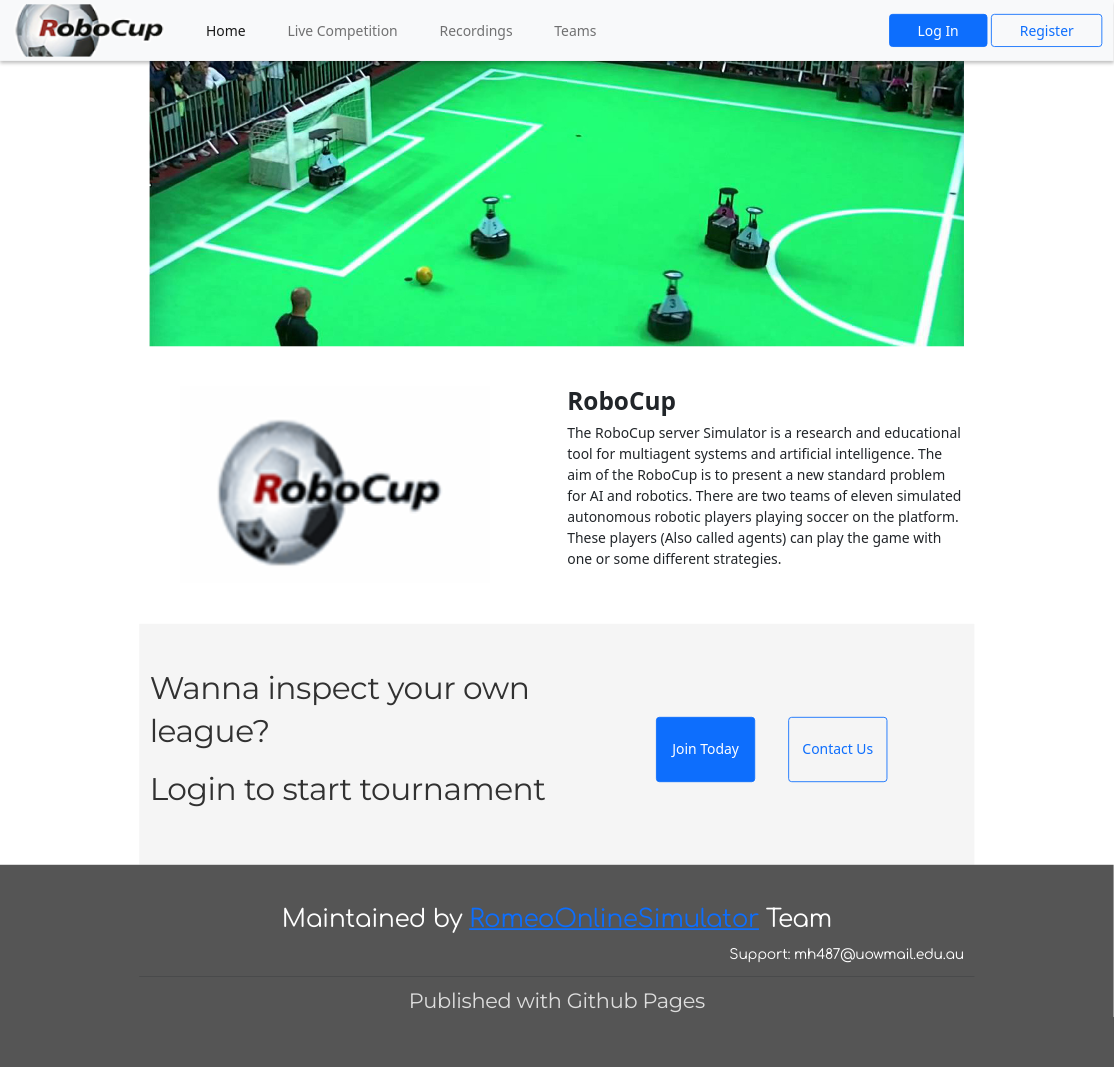
Repository: romeoonlinesim/romeoonlinesim.github.io
Page: index.html
These files come from the project's save history. The page is drawn as it stood at one moment and after the next save; the edit follows.
The browser window is 1280 px wide. The pictures show the whole page, at 87% of full size.

Above is the page before, as saved 2021-05-18 15:31:09.

After the next save:
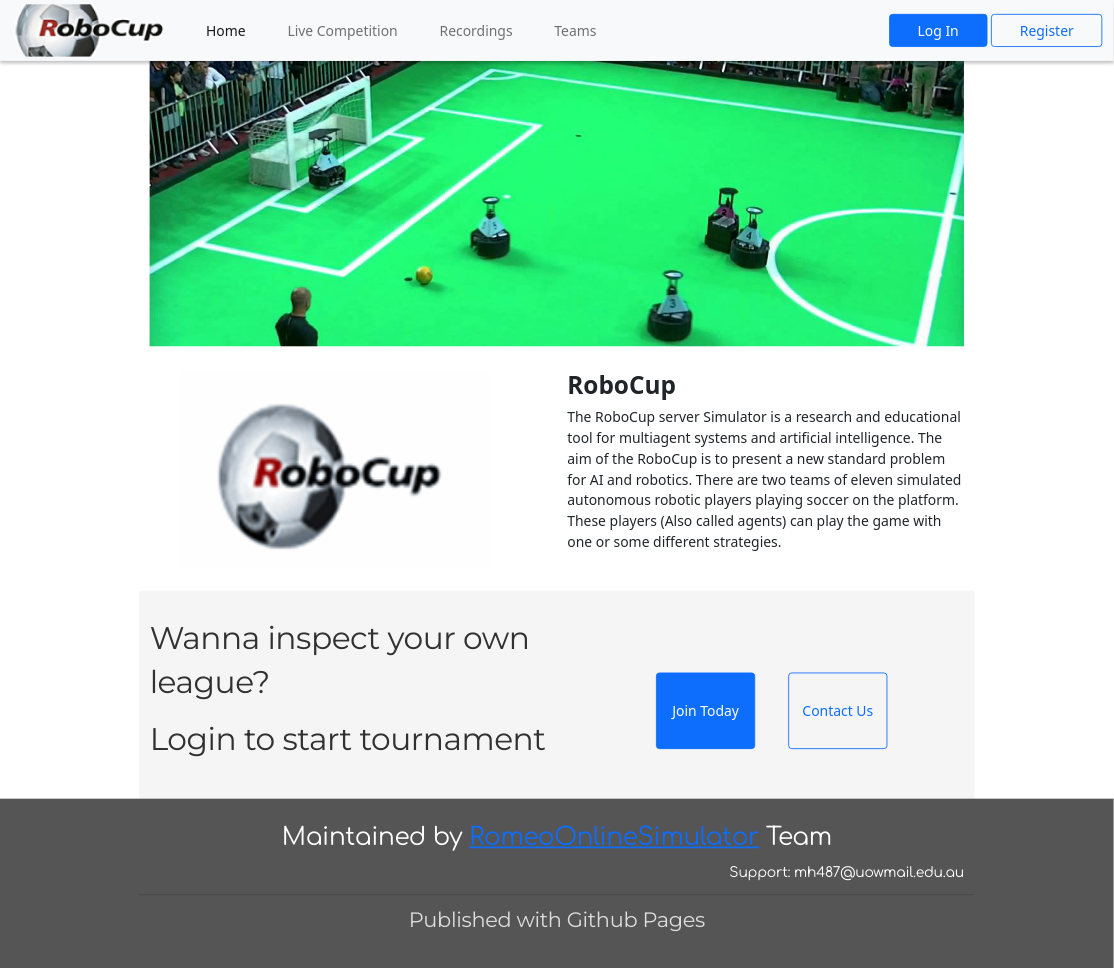
Saved 2 min 5 s later.
--- a/index.html
+++ b/index.html
@@ -65,7 +65,7 @@
         }
 
         .row {
-            padding-bottom: 5%;
+            padding-bottom: 3%;
         }
 
         .right {
